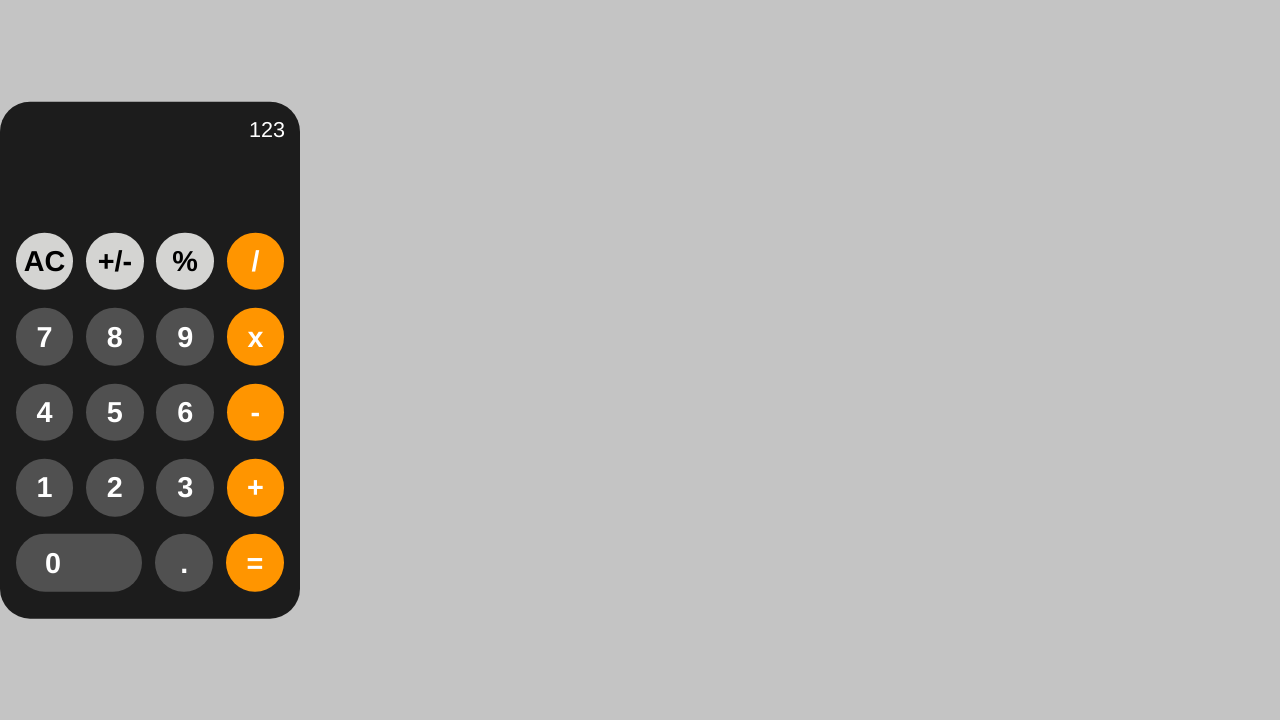
Repository: raulpenate/Calculadora-VUE3
Page: /
An editor plug-in stored every save of this project. The page is shown before and after a run of saves, followed by the edit.
The browser window is 1280 px wide. The pictures show the whole page.
The project was rebuilt for these pictures with package versions that can differ from the ones it lists, and the page was loaded fresh each time. Also part of the build but not shown: src/components/HelloWorld.vue.

Above is the page before, as saved 2022-03-11 14:25:12.

After the next 2 saves:
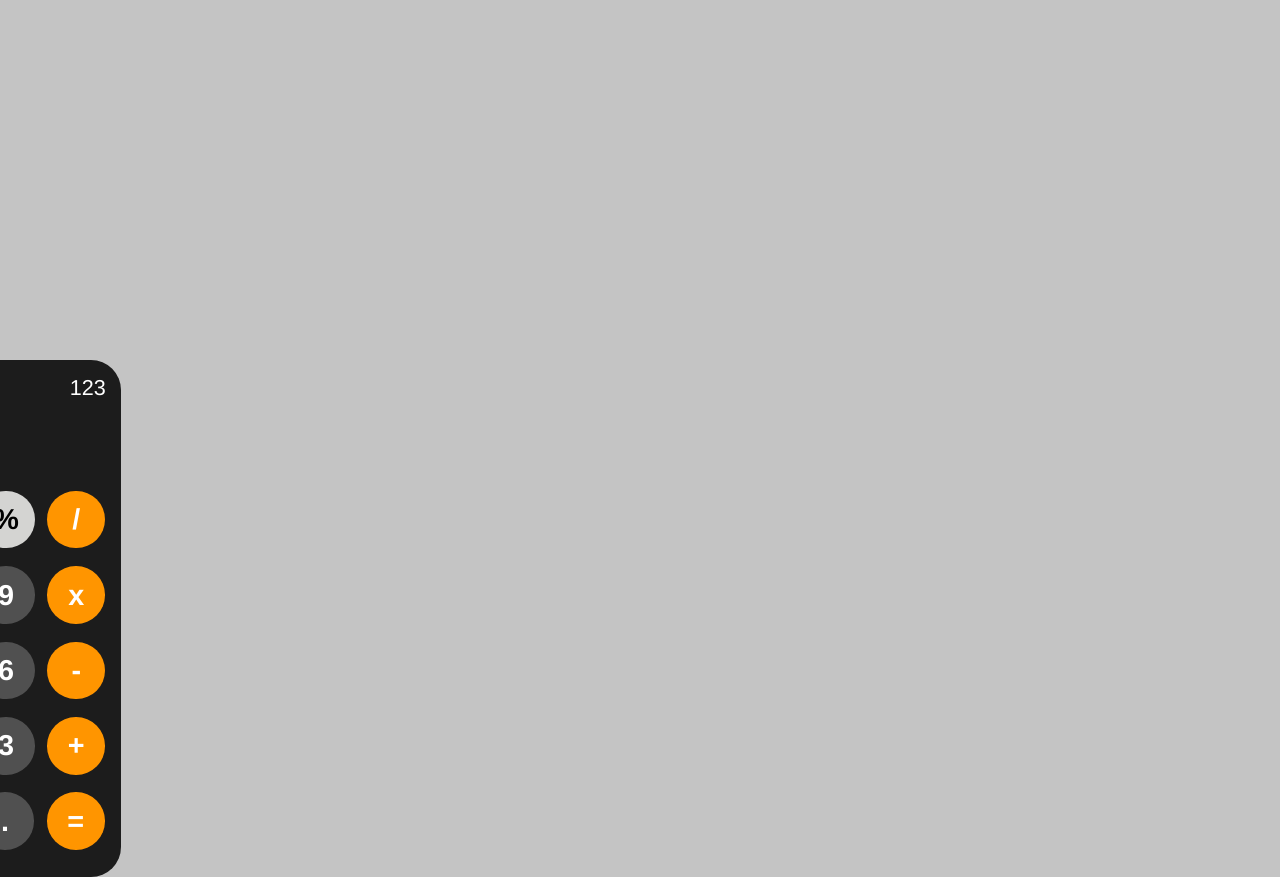
The 2 saves are shown as one change because they came seconds apart.
The last was saved 15 s later.
--- a/src/components/Calculator.vue
+++ b/src/components/Calculator.vue
@@ -58,8 +58,7 @@ body {
     width: 100%;
     position: absolute;
     top: 50%;
-    left: 50%;
-    transform: translate(-50%, -50%)
+    transform: translate(-50%)
 }
 /* CARCASA */
 
